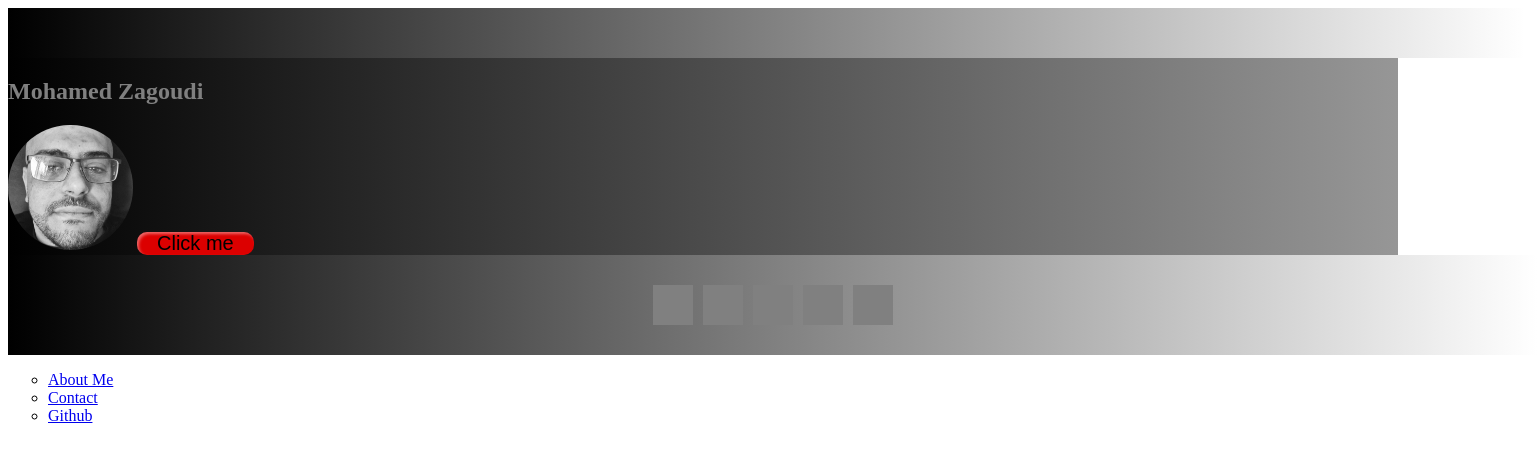
Repository: Mohzagou/Eersteportofolio
Page: index.html
These files come from the project's save history. The page is drawn as it stood at one moment and after the next save; the edit follows.
The browser window is 1280 px wide. The page is 1537 px wide, so the pictures cover 1537 px, including what lies to the right of the window. The pictures show the whole page.

Above is the page before, as saved 2022-06-07 23:34:02.

After the next save:
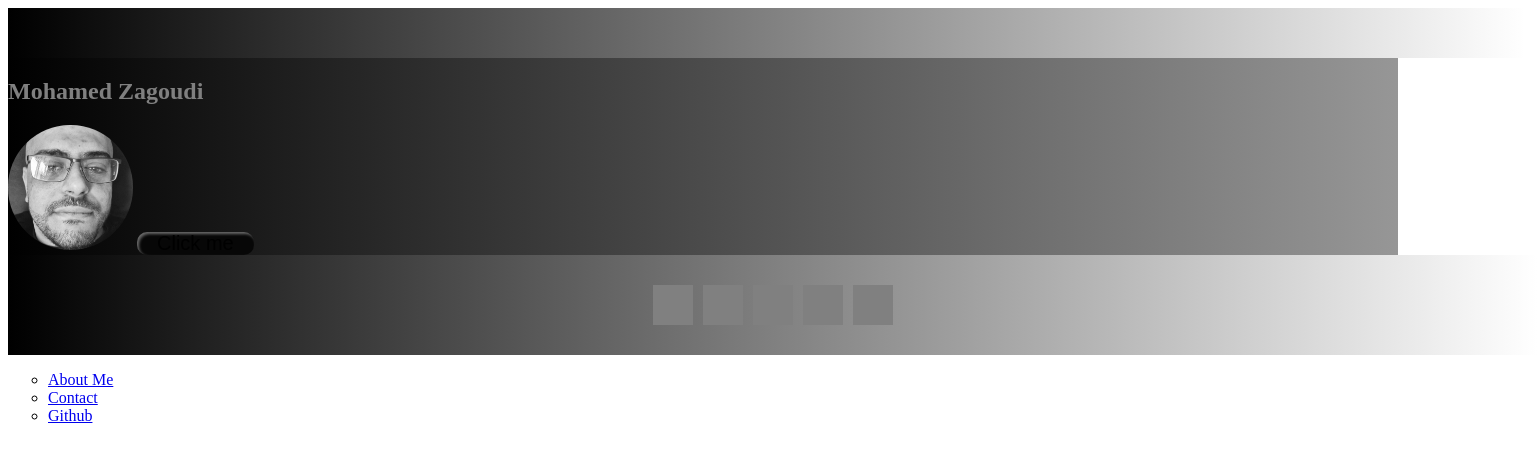
Saved 17 s later.
--- a/styles.css
+++ b/styles.css
@@ -51,7 +51,7 @@
                                 border: 0;
                                 padding: 0 20px;
                                 font-size: 20px;
-                                background-color: rgba(220, 0, 0, 1);
+                                background-color: rgb(7, 7, 7);
                                 background-image: linear-gradient(to top left, rgba(0, 0, 0, 0.2), rgba(0, 0, 0, 0.2) 30%, rgba(0, 0, 0, 0), );
                                 box-shadow: inset 2px 2px 3px rgba(255, 255, 255, 0.4);
                                 border-radius: 10px;
